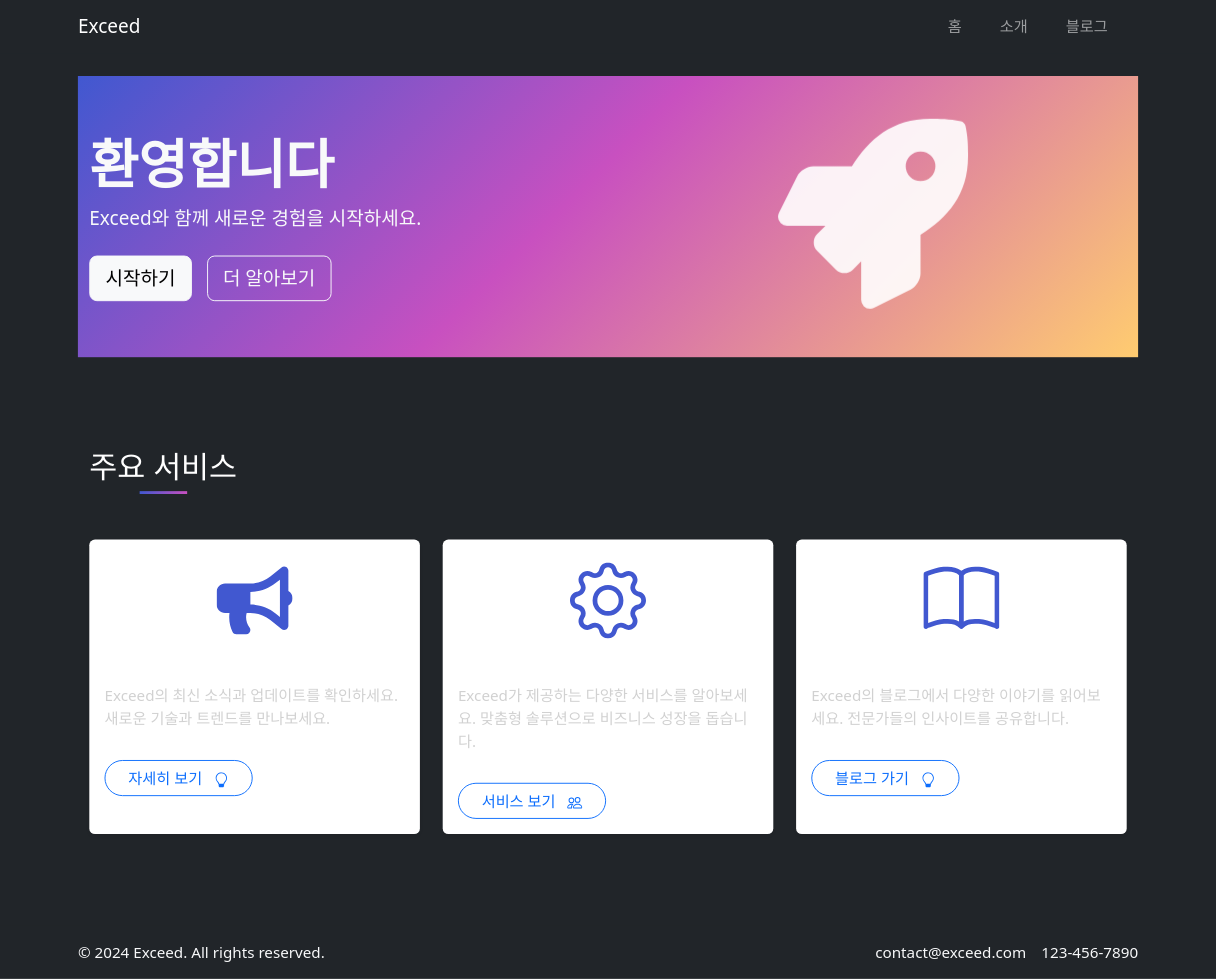
Repository: somej-123/exceed
Page: /
The author's editor kept a copy of each file at every save. The page is drawn from the files as they stood at one save, then again after the next save.
The browser window is 1280 px wide. The pictures show the whole page, at 95% of full size.
The project was rebuilt for these pictures with package versions that can differ from the ones it lists, and the page was loaded fresh each time. Also part of the build but not shown: vite.config.ts, src/pages/Info.tsx, src/pages/Blog.tsx, src/styles/home.css.

Above is the page before, as saved 2025-03-23 19:47:30.

### src/App.tsx
import { BrowserRouter as Router, Routes, Route } from 'react-router-dom';
import Layout from './components/Layout';
import Home from './pages/Home';
import Info from './pages/Info';
import Blog from './pages/Blog';
import 'bootstrap/dist/css/bootstrap.min.css';

function App() {
  return (
    <Router>
      <Routes>
        <Route path="/" element={<Layout />}>
          <Route index element={<Home />} />
          <Route path="info" element={<Info />} />
          <Route path="blog" element={<Blog />} />
        </Route>
      </Routes>
    </Router>
  );
}

export default App;

### src/components/Layout.tsx
import { Container } from 'react-bootstrap';
import Header from './Header';
import Footer from './Footer';
import { Outlet } from 'react-router-dom';
import '../styles/layout.css';

const Layout = () => {
  return (
    <div className="d-flex flex-column min-vh-100 bg-dark text-light">
      <Header />
      <Container className="flex-grow-1 py-4">
        <Outlet />
      </Container>
      <Footer />
    </div>
  );
};

export default Layout;

### src/pages/Home.tsx
import { Container, Row, Col, Card, Button } from 'react-bootstrap';
import { FaRocket, FaBullhorn } from 'react-icons/fa';
import { BsLightbulb, BsBook, BsGear, BsPeople } from 'react-icons/bs';

const Home = () => {
  return (
    <>
      {/* 히어로 섹션 */}
      <div className="hero-section text-light py-5 mb-5">
        <Container>
          <Row className="align-items-center">
            <Col md={6} className="mb-4 mb-md-0">
              <h1 className="display-4 fw-bold">환영합니다</h1>
              <p className="lead mb-4">Exceed와 함께 새로운 경험을 시작하세요.</p>
              <Button variant="light" size="lg" className="me-3">시작하기</Button>
              <Button variant="outline-light" size="lg">더 알아보기</Button>
            </Col>
            <Col md={6} className="text-center">
              <FaRocket size={200} className="hero-icon" />
            </Col>
          </Row>
        </Container>
      </div>

      {/* 주요 서비스 섹션 */}
      <Container className="py-5">
        <h2 className="text-center mb-5 section-title">주요 서비스</h2>
        <Row>
          <Col md={4} className="mb-4">
            <Card className="h-100 shadow-sm hover-card border-0">
              <div className="text-center pt-4">
                <FaBullhorn size={80} className="service-icon" />
              </div>
              <Card.Body>
                <Card.Title className="fw-bold">최신 소식</Card.Title>
                <Card.Text>
                  Exceed의 최신 소식과 업데이트를 확인하세요.
                  새로운 기술과 트렌드를 만나보세요.
                </Card.Text>
                <Button variant="outline-primary" className="mt-3 rounded-pill">
                  자세히 보기 <BsLightbulb className="ms-2" />
                </Button>
              </Card.Body>
            </Card>
          </Col>
          <Col md={4} className="mb-4">
            <Card className="h-100 shadow-sm hover-card border-0">
              <div className="text-center pt-4">
                <BsGear size={80} className="service-icon" />
              </div>
              <Card.Body>
                <Card.Title className="fw-bold">서비스 소개</Card.Title>
                <Card.Text>
                  Exceed가 제공하는 다양한 서비스를 알아보세요.
                  맞춤형 솔루션으로 비즈니스 성장을 돕습니다.
                </Card.Text>
                <Button variant="outline-primary" className="mt-3 rounded-pill">
                  서비스 보기 <BsPeople className="ms-2" />
                </Button>
              </Card.Body>
            </Card>
          </Col>
          <Col md={4} className="mb-4">
            <Card className="h-100 shadow-sm hover-card border-0">
              <div className="text-center pt-4">
                <BsBook size={80} className="service-icon" />
              </div>
              <Card.Body>
                <Card.Title className="fw-bold">블로그</Card.Title>
                <Card.Text>
                  Exceed의 블로그에서 다양한 이야기를 읽어보세요.
                  전문가들의 인사이트를 공유합니다.
                </Card.Text>
                <Button variant="outline-primary" className="mt-3 rounded-pill">
                  블로그 가기 <BsLightbulb className="ms-2" />
                </Button>
              </Card.Body>
            </Card>
          </Col>
        </Row>
      </Container>

      {/* CSS 스타일 */}
      <style>{`
        .hero-section {
          background: linear-gradient(135deg, #4158D0 0%, #C850C0 46%, #FFCC70 100%);
          position: relative;
          overflow: hidden;
        }

        .hero-icon {
          animation: float 3s ease-in-out infinite;
          color: rgba(255, 255, 255, 0.9);
        }

        .section-title {
          color: #333;
          position: relative;
          display: inline-block;
          padding-bottom: 10px;
        }

        .section-title::after {
          content: '';
          position: absolute;
          width: 50px;
          height: 3px;
          bottom: 0;
          left: 50%;
          transform: translateX(-50%);
          background: linear-gradient(to right, #4158D0, #C850C0);
        }

        .service-icon {
          color: #4158D0;
          transition: color 0.3s ease;
        }

        .hover-card {
          transition: all 0.3s ease-in-out;
          background: #fff;
        }

        .hover-card:hover {
          transform: translateY(-5px);
          box-shadow: 0 10px 20px rgba(0,0,0,0.1) !important;
        }

        .hover-card:hover .service-icon {
          color: #C850C0;
        }

        @keyframes float {
          0% { transform: translateY(0px); }
          50% { transform: translateY(-20px); }
          100% { transform: translateY(0px); }
        }

        .rounded-pill {
          padding-left: 1.5rem;
          padding-right: 1.5rem;
        }
      `}</style>
    </>
  );
};

export default Home;

### src/components/Header.tsx
import { Navbar, Nav, Container } from 'react-bootstrap';
import { Link } from 'react-router-dom';

const Header = () => {
  return (
    <Navbar bg="dark" variant="dark" expand="lg">
      <Container>
        <Navbar.Brand as={Link} to="/">Exceed</Navbar.Brand>
        <Navbar.Toggle aria-controls="basic-navbar-nav" />
        <Navbar.Collapse id="basic-navbar-nav">
          <Nav className="ms-auto">
            <Nav.Link as={Link} className="me-4" to="/">홈</Nav.Link>
            <Nav.Link as={Link} className="me-4" to="/info">소개</Nav.Link>
            <Nav.Link as={Link} className="me-4" to="/blog">블로그</Nav.Link>
          </Nav>
        </Navbar.Collapse>
      </Container>
    </Navbar>
  );
};

export default Header;

### src/components/Footer.tsx
import { Container, Row, Col } from 'react-bootstrap';

const Footer = () => {
  return (
    <footer className="bg-dark text-light py-3 mt-auto">
      <Container>
        <Row className="align-items-center">
          <Col md={6} className="text-center text-md-start">
            <p className="mb-0">&copy; 2024 Exceed. All rights reserved.</p>
          </Col>
          <Col md={6} className="text-center text-md-end">
            <a href="mailto:contact@exceed.com" className="text-light text-decoration-none me-3">
              contact@exceed.com
            </a>
            <a href="tel:123-456-7890" className="text-light text-decoration-none">
              123-456-7890
            </a>
          </Col>
        </Row>
      </Container>
    </footer>
  );
};

export default Footer;

### src/styles/layout.css
body {
  background-color: #1a1a1a;
  color: #ffffff;
}

.card {
  background-color: #2a2a2a;
  border: none;
  color: #ffffff;
}

.card .card-title {
  color: #ffffff;
}

.card .card-text {
  color: #d1d1d1;
}

.btn-outline-primary {
  color: #7eb9ff;
  border-color: #7eb9ff;
}

.btn-outline-primary:hover {
  background-color: #7eb9ff;
  color: #1a1a1a;
}

.text-muted {
  color: #b0b0b0 !important;
}

.section-title {
  color: #ffffff !important;
}

.section-title::after {
  background: linear-gradient(to right, #7eb9ff, #c850c0);
}

Loaded but not shown: index.html (common file); src/main.tsx (common file)

After the next save:
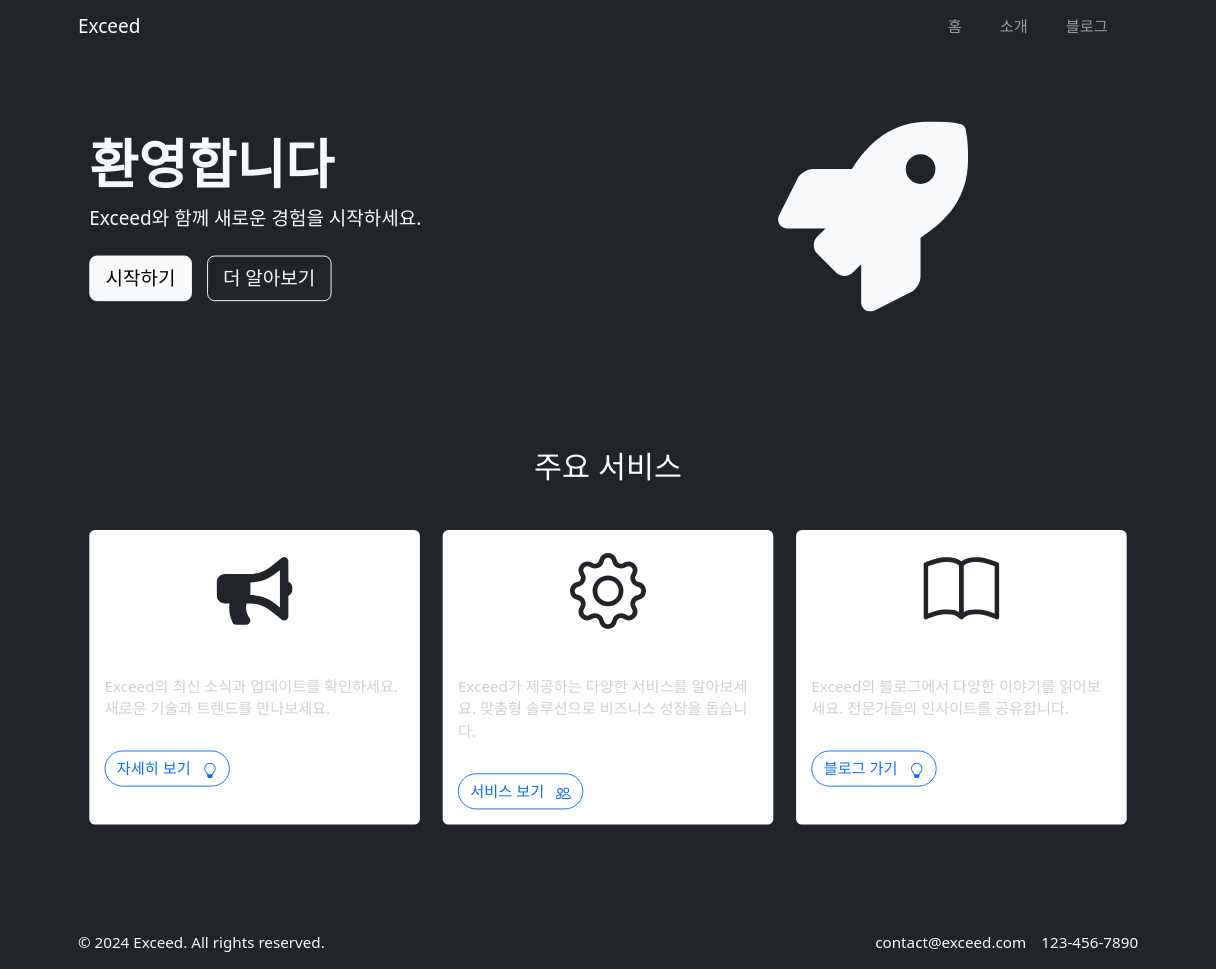
Saved 1 s later.
--- a/src/pages/Home.tsx
+++ b/src/pages/Home.tsx
@@ -1,6 +1,7 @@
 import { Container, Row, Col, Card, Button } from 'react-bootstrap';
 import { FaRocket, FaBullhorn } from 'react-icons/fa';
 import { BsLightbulb, BsBook, BsGear, BsPeople } from 'react-icons/bs';
+import '../styles/home.css';
 
 const Home = () => {
   return (
@@ -79,68 +80,6 @@ const Home = () => {
           </Col>
         </Row>
       </Container>
-
-      {/* CSS 스타일 */}
-      <style>{`
-        .hero-section {
-          background: linear-gradient(135deg, #4158D0 0%, #C850C0 46%, #FFCC70 100%);
-          position: relative;
-          overflow: hidden;
-        }
-
-        .hero-icon {
-          animation: float 3s ease-in-out infinite;
-          color: rgba(255, 255, 255, 0.9);
-        }
-
-        .section-title {
-          color: #333;
-          position: relative;
-          display: inline-block;
-          padding-bottom: 10px;
-        }
-
-        .section-title::after {
-          content: '';
-          position: absolute;
-          width: 50px;
-          height: 3px;
-          bottom: 0;
-          left: 50%;
-          transform: translateX(-50%);
-          background: linear-gradient(to right, #4158D0, #C850C0);
-        }
-
-        .service-icon {
-          color: #4158D0;
-          transition: color 0.3s ease;
-        }
-
-        .hover-card {
-          transition: all 0.3s ease-in-out;
-          background: #fff;
-        }
-
-        .hover-card:hover {
-          transform: translateY(-5px);
-          box-shadow: 0 10px 20px rgba(0,0,0,0.1) !important;
-        }
-
-        .hover-card:hover .service-icon {
-          color: #C850C0;
-        }
-
-        @keyframes float {
-          0% { transform: translateY(0px); }
-          50% { transform: translateY(-20px); }
-          100% { transform: translateY(0px); }
-        }
-
-        .rounded-pill {
-          padding-left: 1.5rem;
-          padding-right: 1.5rem;
-        }
-      `}</style>
     </>
   );
 };
